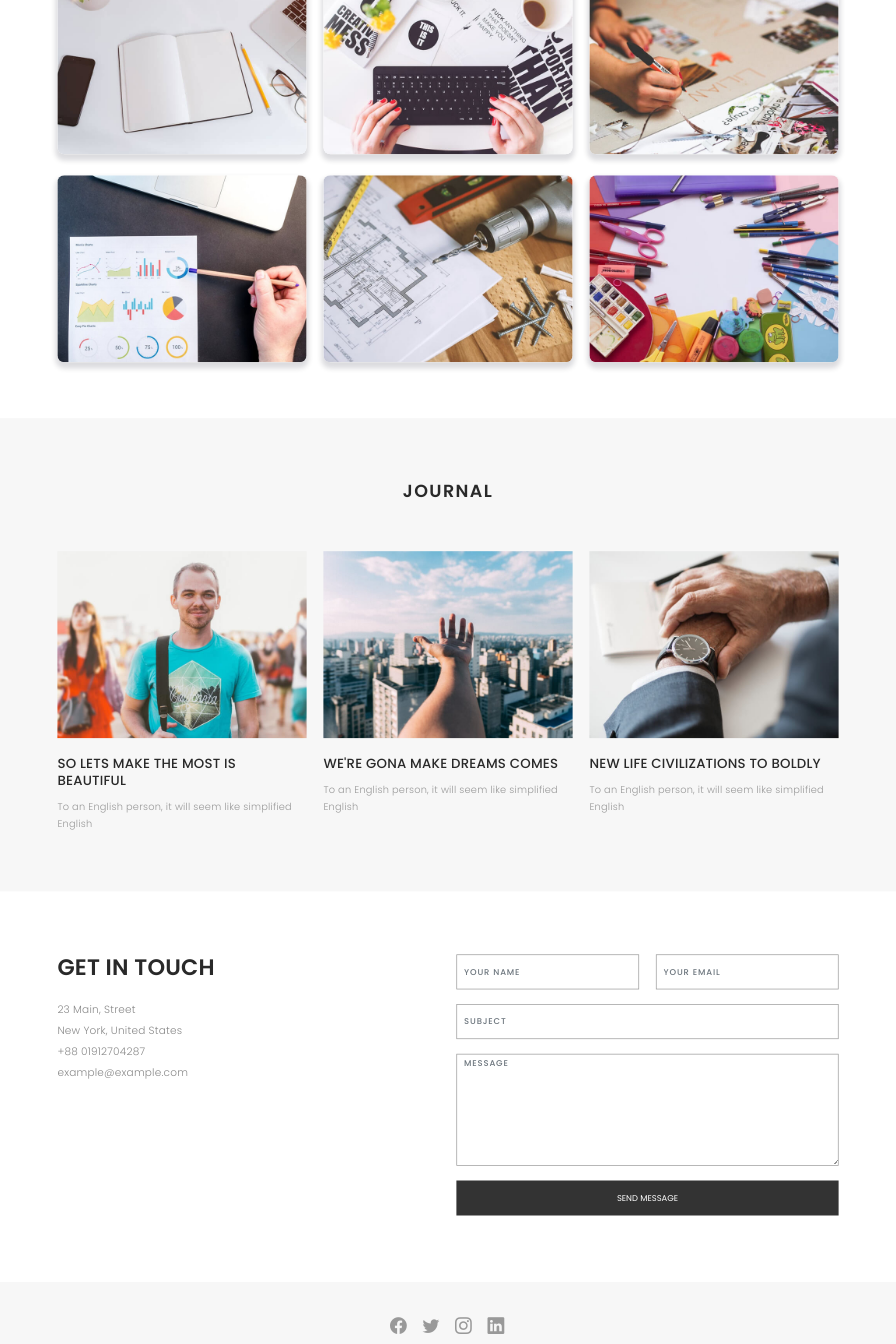
Repository: muhammedctgr/MrBayoA1
Page: index.html
An editor plug-in stored every save of this project. The page is shown before and after a run of saves, followed by the edit.
The browser window is 1280 px wide. The pictures show the part of the page from y = 1799 to 3719 px (the page is 3907 px tall before and 3908 px after), at 70% of full size.
Some web fonts or font styles are not loaded; a fallback is used.

Above is the page before, as saved 2022-10-18 11:48:49.

After the next 7 saves:
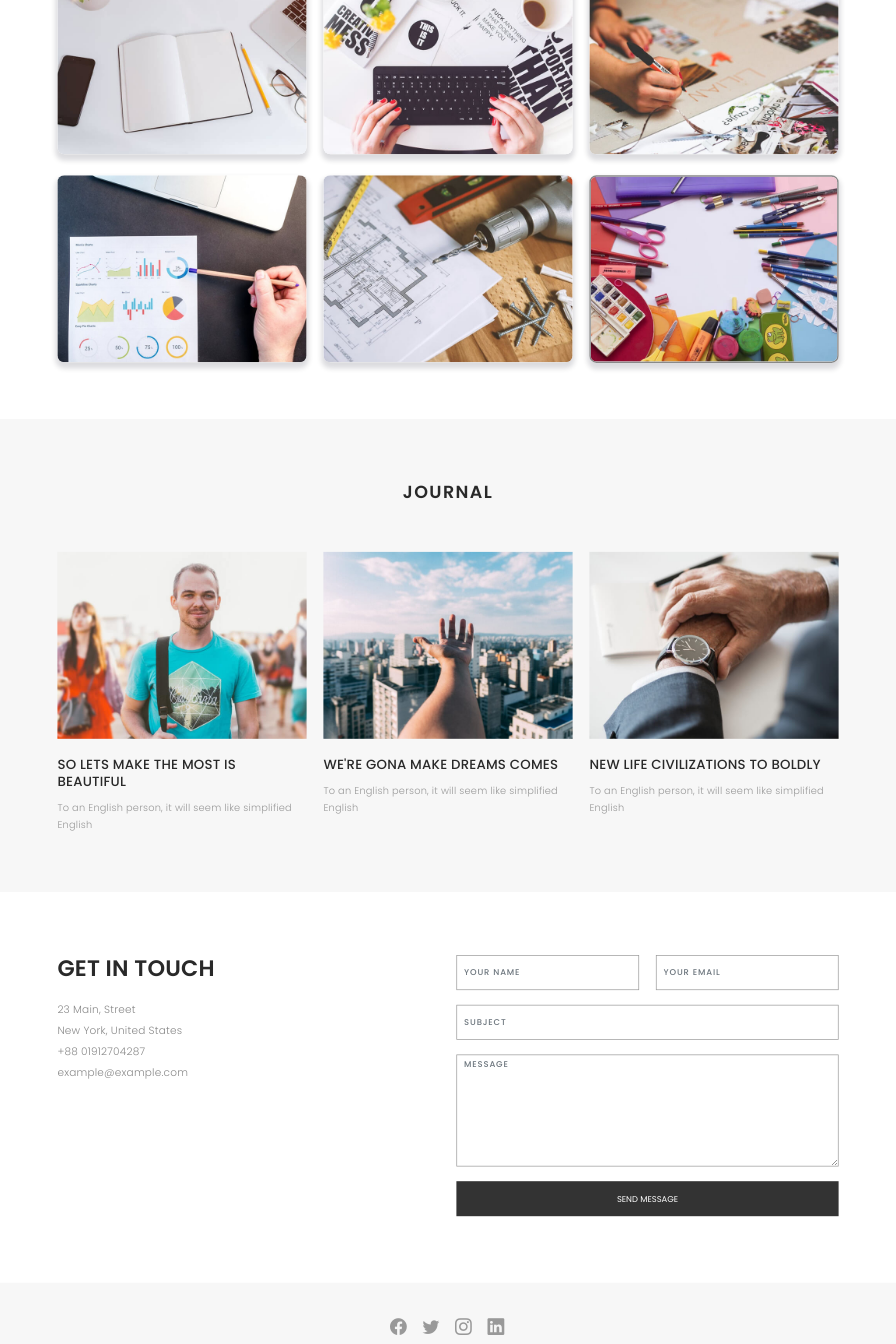
The 7 saves are shown as one change because they came seconds apart.
The last was saved 3 min 16 s later.
--- a/index.html
+++ b/index.html
@@ -178,7 +178,7 @@
           </div>
 
           <div class="col-lg-4 col-md-6 portfolio-item filter-app">
-            <img style="border-radius: 10px; box-shadow: 0px 6px 8px 3px rgba(1, 5, 26, 0.14);" src="assets/img/portfolio/portfolio-6.jpg" class="img-fluid" alt="">
+            <img style="border-radius: 10px; border: 2px solid; box-shadow: 0px 6px 8px 3px rgba(1, 5, 26, 0.14);" src="assets/img/portfolio/portfolio-6.jpg" class="img-fluid" alt="">
             <div class="portfolio-info">
               <h4>Thruways Realty</h4>
               <p>thruwaysrealty.com</p>
